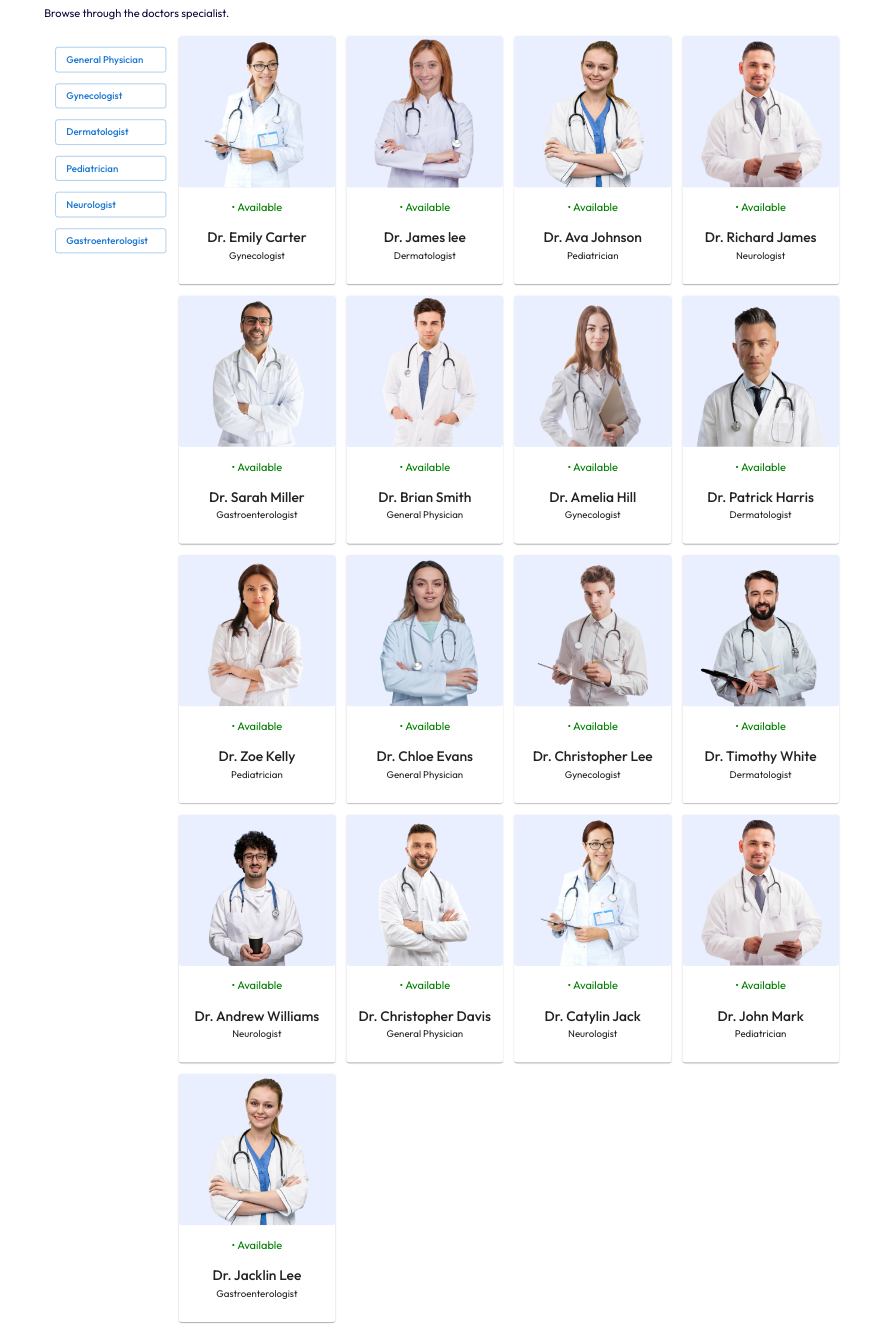
Repository: Ali-Dmerdash/DEPI_GRAD
Page: /
These files come from the project's save history. The page is drawn as it stood at one moment and after the next save; the edit follows.
The browser window is 1280 px wide. The pictures show the whole page, at 69% of full size.
The project was rebuilt for these pictures with package versions that can differ from the ones it lists, and the page was loaded fresh each time. Also part of the build but not shown: vite.config.ts.

Above is the page before, as saved 2024-10-05 22:46:47.

### src/App.tsx
import "./App.css";
import "react-router-dom";
import { library } from "@fortawesome/fontawesome-svg-core";
import { fab } from "@fortawesome/free-brands-svg-icons";
import { fas } from "@fortawesome/free-solid-svg-icons";
import { far } from "@fortawesome/free-regular-svg-icons";
import Doctors from "./pages/doctors/index.tsx";

function App() {
  return (
    <>
      <Doctors />
    </>
  );
}

export default App;
library.add(fab, fas, far);

### src/index.css
@import url("https://fonts.googleapis.com/css2?family=Outfit:wght@100..900&display=swap");

body {
  font-family: "Outfit", sans-serif;
  color: var(--text-color);
}

:root {
  --primary-color: #07456f;
  --secondary-color: #009f9d;
  --text-color: #0f0a3c;
  --card-button-color: #ace6f6;
  --border-color: #adadad;
}

### src/App.css
@import "./App.css";

body {
  color: var(--text-color);
}

### src/pages/doctors/index.tsx
import React, { useState } from "react";
import {
  Container,
  Grid,
  Card,
  CardContent,
  Typography,
  Box,
  CardMedia,
  Button,
} from "@mui/material";

interface Doctor {
  id: number;
  name: string;
  specialization: string;
  image: string;
  available?: boolean;
}

const doctors: Doctor[] = [
  {
    id: 1,
    name: "Dr. Emily Carter",
    specialization: "Gynecologist",
    image: "/src/pages/doctors/DEPI-React/file (2) 1.png",
    available: true,
  },
  {
    id: 2,
    name: "Dr. James lee",
    specialization: "Dermatologist",
    image: "/src/pages/doctors/DEPI-React/file (2) 2.png",
    available: true,
  },
  {
    id: 3,
    name: "Dr. Ava Johnson",
    specialization: "Pediatrician",
    image: "/src/pages/doctors/DEPI-React/file (2) 3.png",
    available: true,
  },
  {
    id: 4,
    name: "Dr. Richard James",
    specialization: "Neurologist",
    image: "/src/pages/doctors/DEPI-React/file (3) 1.png",
    available: true,
  },
  {
    id: 5,
    name: "Dr. Sarah Miller",
    specialization: "Gastroenterologist",
    image: "/src/pages/doctors/DEPI-React/file (3) 2.png",
    available: true,
  },
  {
    id: 6,
    name: "Dr. Brian Smith",
    specialization: "General Physician",
    image: "/src/pages/doctors/DEPI-React/file (3) 3.png",
    available: true,
  },
  {
    id: 7,
    name: "Dr. Amelia Hill",
    specialization: "Gynecologist",
    image: "/src/pages/doctors/DEPI-React/file (4) 1.png",
    available: true,
  },
  {
    id: 8,
    name: "Dr. Patrick Harris",
    specialization: "Dermatologist",
    image: "/src/pages/doctors/DEPI-React/file (4) 2.png",
    available: true,
  },
  {
    id: 9,
    name: "Dr. Zoe Kelly",
    specialization: "Pediatrician",
    image: "/src/pages/doctors/DEPI-React/file (4) 3.png",
    available: true,
  },
  {
    id: 10,
    name: "Dr. Chloe Evans",
    specialization: "General Physician",
    image: "/src/pages/doctors/DEPI-React/file (4) 4.png",
    available: true,
  },
  {
    id: 11,
    name: "Dr. Christopher Lee",
    specialization: "Gynecologist",
    image: "/src/pages/doctors/DEPI-React/file (5) 1.png",
    available: true,
  },
  {
    id: 12,
    name: "Dr. Timothy White",
    specialization: "Dermatologist",
    image: "/src/pages/doctors/DEPI-React/file (5) 2.png",
    available: true,
  },
  {
    id: 13,
    name: "Dr. Andrew Williams",
    specialization: "Neurologist",
    image: "/src/pages/doctors/DEPI-React/file (5) 3.png",
    available: true,
  },
  {
    id: 14,
    name: "Dr. Christopher Davis",
    specialization: "General Physician",
    image: "/src/pages/doctors/DEPI-React/file (5) 4.png",
    available: true,
  },
  {
    id: 15,
    name: "Dr. Catylin Jack",
    specialization: "Neurologist",
    image: "/src/pages/doctors/DEPI-React/file (2) 1.png",
    available: true,
  },
  {
    id: 16,
    name: "Dr. John Mark",
    specialization: "Pediatrician",
    image: "/src/pages/doctors/DEPI-React/file (3) 1.png",
    available: true,
  },
  {
    id: 17,
    name: "Dr. Jacklin Lee",
    specialization: "Gastroenterologist",
    image: "/src/pages/doctors/DEPI-React/file (2) 3.png",
    available: true,
  },
];

const specializations = [
  "General Physician",
  "Gynecologist",
  "Dermatologist",
  "Pediatrician",
  "Neurologist",
  "Gastroenterologist",
];

const Doctors: React.FC = () => {
  const [selectedSpecialization, setSelectedSpecialization] = useState<
    string | null
  >(null);

  const handleSpecializationClick = (specialization: string) => {
    setSelectedSpecialization(
      selectedSpecialization === specialization ? null : specialization
    );
  };

  const filteredDoctors = selectedSpecialization
    ? doctors.filter(
        (doctor) => doctor.specialization === selectedSpecialization
      )
    : doctors;

  return (
    <Container maxWidth="lg">
      <Grid item xs={12} md={12} mb={3}>
        Browse through the doctors specialist.
      </Grid>
      <Grid container spacing={2}>
        <Grid item xs={12} md={2}>
          <Box
            sx={{
              color: "gray",
              padding: 2,
              marginBottom: 2,
              width: "90%",
            }}
          >
            {specializations.map((specialization) => (
              <Button
                key={specialization}
                onClick={() => handleSpecializationClick(specialization)}
                variant={
                  selectedSpecialization === specialization
                    ? "contained"
                    : "outlined"
                }
                fullWidth
                sx={{
                  marginBottom: 2,
                  justifyContent: "flex-start",
                  textTransform: "none",
                }}
              >
                {specialization}
              </Button>
            ))}
          </Box>
        </Grid>

        <Grid item xs={12} md={10}>
          <Grid container spacing={2}>
            {filteredDoctors.map((doctor) => (
              <Grid item xs={12} md={3} key={doctor.id}>
                <Card
                  sx={{
                    transition: "transform 0.2s",
                    "&:hover": {
                      transform: "scale(1.05)",
                      boxShadow: "0 4px 20px rgba(0,0,0,0.3)",
                    },
                  }}
                >
                  <CardMedia
                    component="img"
                    image={doctor.image}
                    alt={doctor.name}
                    sx={{
                      width: "100%",
                      height: "220px",
                      objectFit: "scale-down",
                      borderRadius: "5px",
                      backgroundColor: "#eaefff",
                    }}
                  />
                  <CardContent>
                    {doctor.available && (
                      <Typography color="green" align="center">
                        &bull; Available
                      </Typography>
                    )}
                    <Typography variant="h6" align="center" sx={{ mt: 2 }}>
                      {doctor.name}
                    </Typography>
                    <Typography variant="body2" align="center" sx={{ mb: 1 }}>
                      {doctor.specialization}
                    </Typography>
                  </CardContent>
                </Card>
              </Grid>
            ))}
          </Grid>
        </Grid>
      </Grid>
    </Container>
  );
};

export default Doctors;

Loaded but not shown: index.html (common file); src/main.tsx (common file)

After the next save:
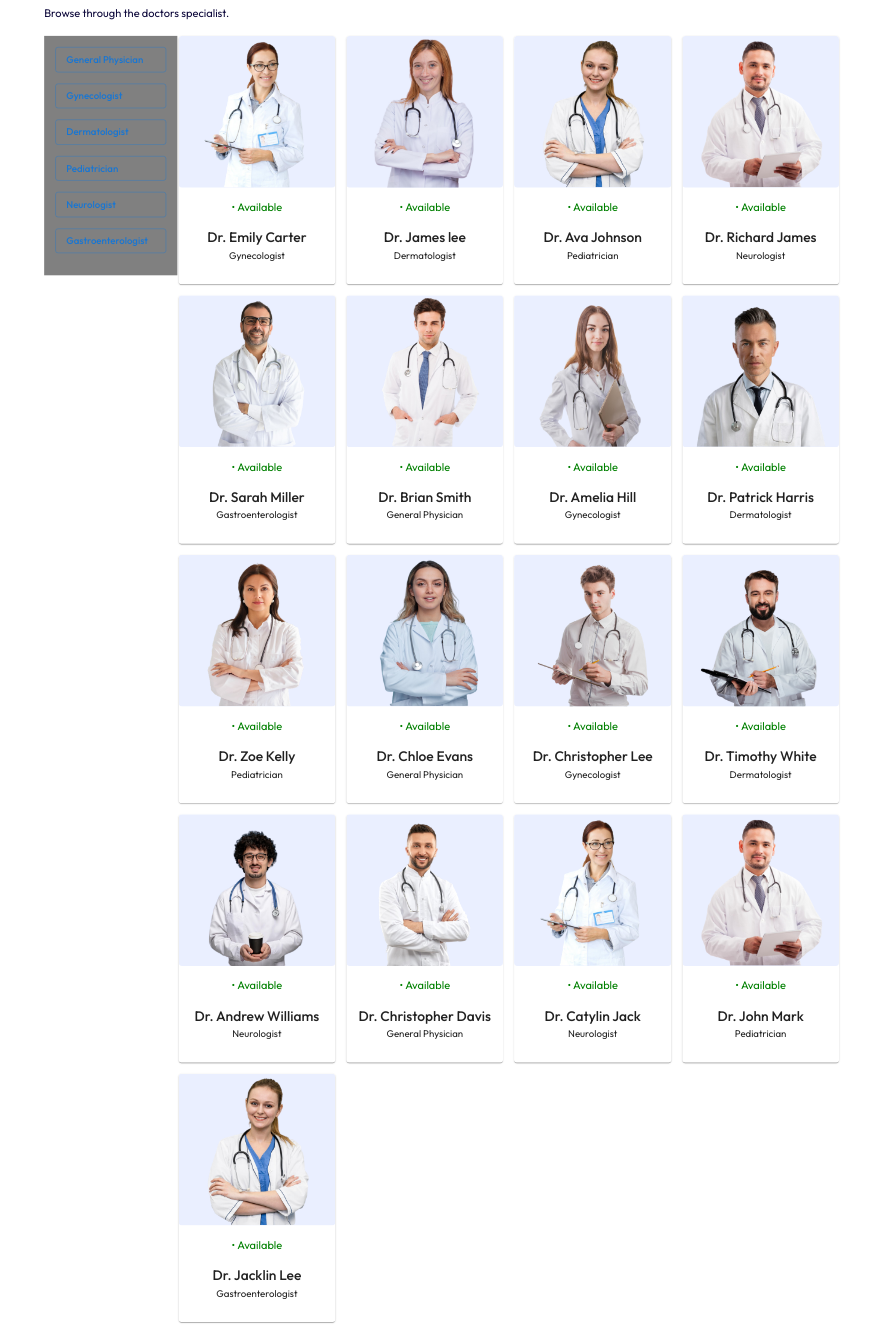
Saved 12 s later.
--- a/src/pages/doctors/index.tsx
+++ b/src/pages/doctors/index.tsx
@@ -175,7 +175,7 @@
         <Grid item xs={12} md={2}>
           <Box
             sx={{
-              color: "gray",
+              backgroundColor: "gray",
               padding: 2,
               marginBottom: 2,
               width: "90%",

After the 2 saves that followed:
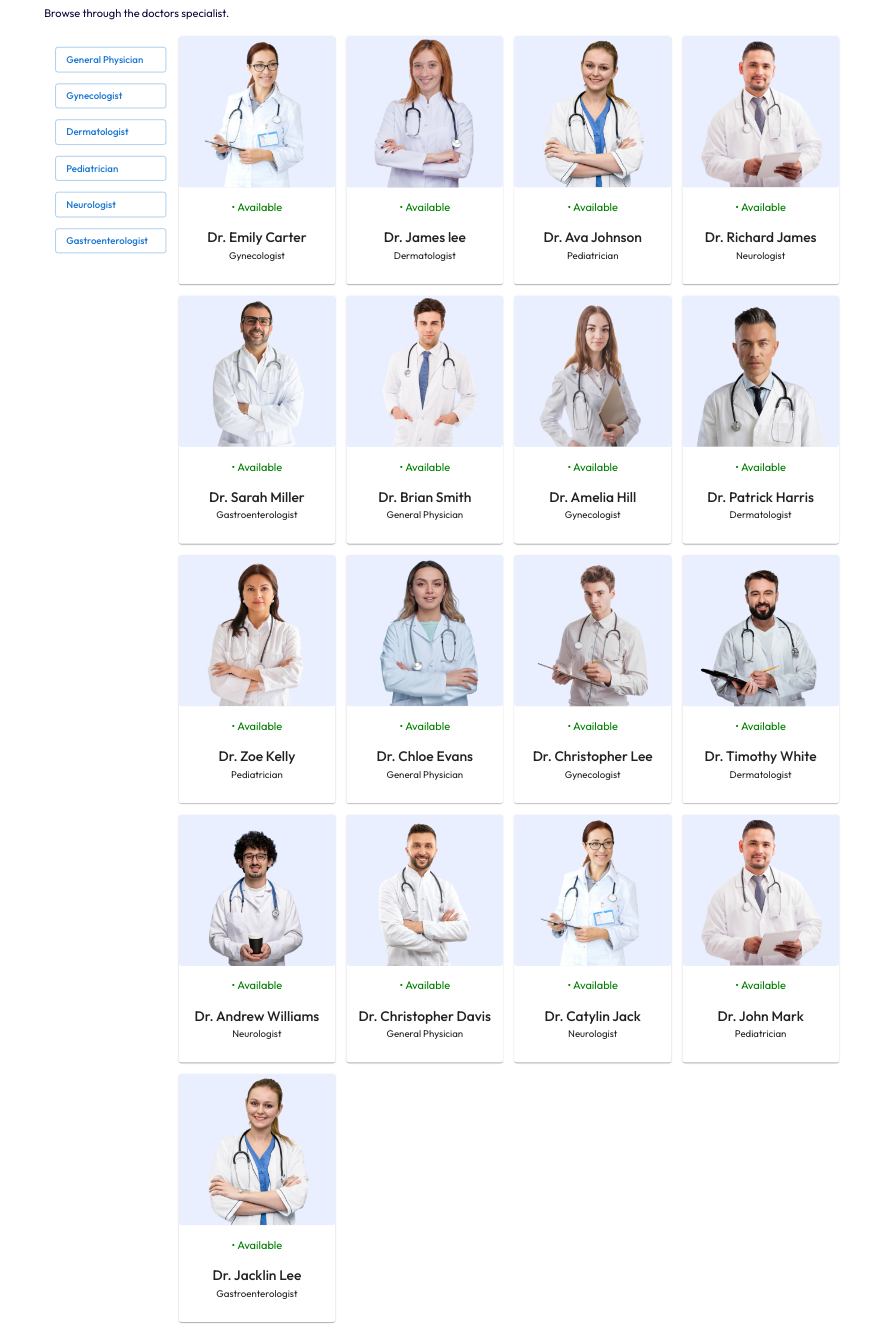
The 2 saves are shown as one change because they came seconds apart.
The last was saved 11 s later.
--- a/src/pages/doctors/index.tsx
+++ b/src/pages/doctors/index.tsx
@@ -175,7 +175,7 @@
         <Grid item xs={12} md={2}>
           <Box
             sx={{
-              backgroundColor: "gray",
+              color: "red",
               padding: 2,
               marginBottom: 2,
               width: "90%",
